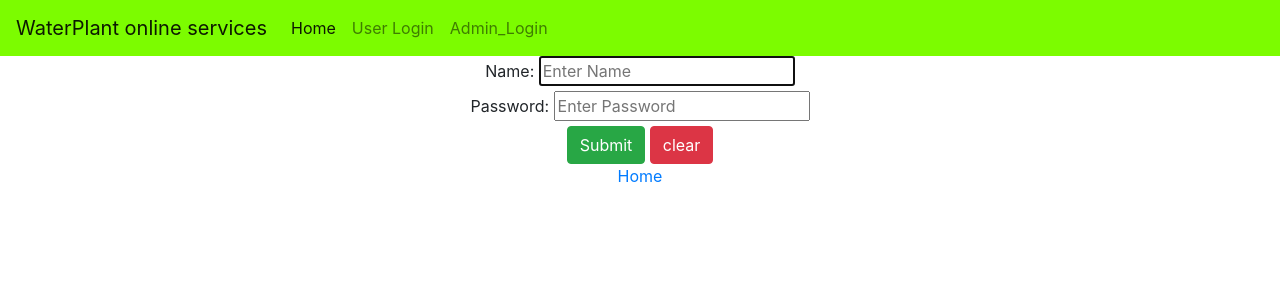
Repository: SHARMILAG97/WebApplication
Page: http://localhost/waterplant_web/adminlogin.jsp
These files come from the project's save history. The page is drawn as it stood at one moment and after the next save; the edit follows.
The browser window is 1280 px wide. The pictures show the whole page.
The page is served by Tomcat 9.

Above is the page before, as saved 2019-09-18 08:41:59.
Console error: TypeError: Cannot read properties of undefined (reading 'fn')

After the next save:
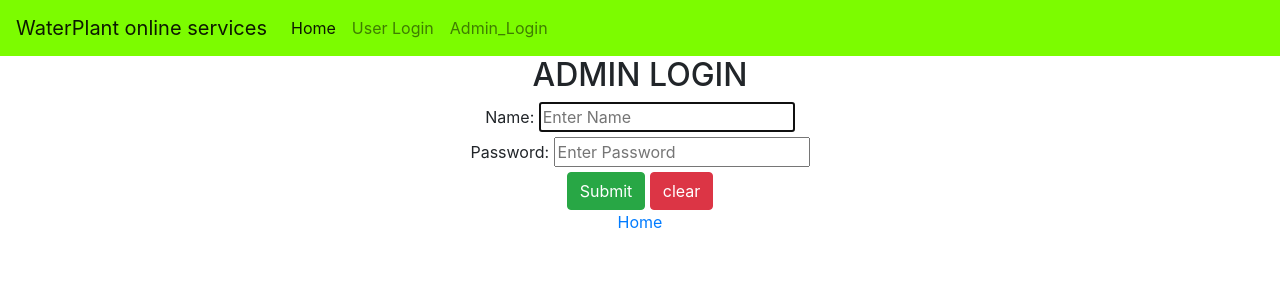
Saved 57 s later.
--- a/waterplant_web/src/main/webapp/adminlogin.jsp
+++ b/waterplant_web/src/main/webapp/adminlogin.jsp
@@ -11,6 +11,7 @@
 </head>
 <body style="text-align:center">
 <jsp:include page="headers.jsp"></jsp:include>
+<h2>ADMIN LOGIN</h2>
 
 <script type="text/javascript">
        function status() {
